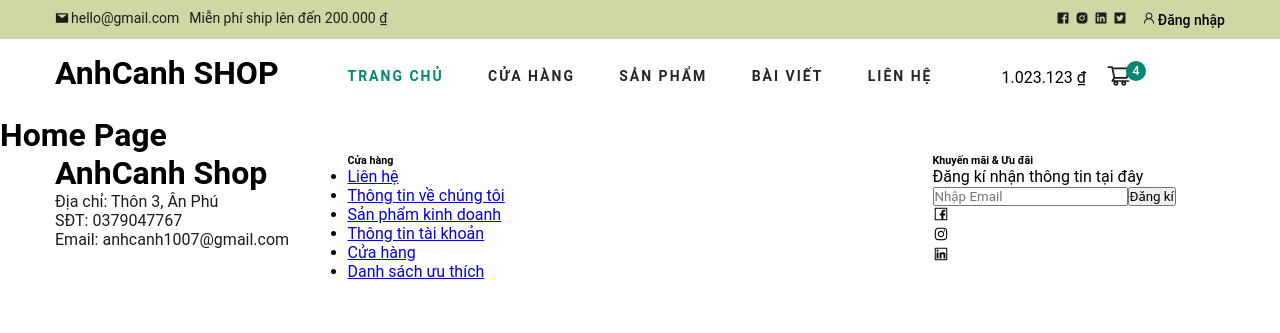
Repository: anhcanh1007/show_product
Page: /
The author's editor kept a copy of each file at every save. The page is drawn from the files as they stood at one save, then again after a run of saves.
The browser window is 1280 px wide. The pictures show the whole page.
The project was rebuilt for these pictures with package versions that can differ from the ones it lists, and the page was loaded fresh each time. Imported but missing from the stored project, and not drawn on this page: src/pages/user/profilePage.

Above is the page before, as saved 2024-01-26 14:57:07.

After the next 2 saves:
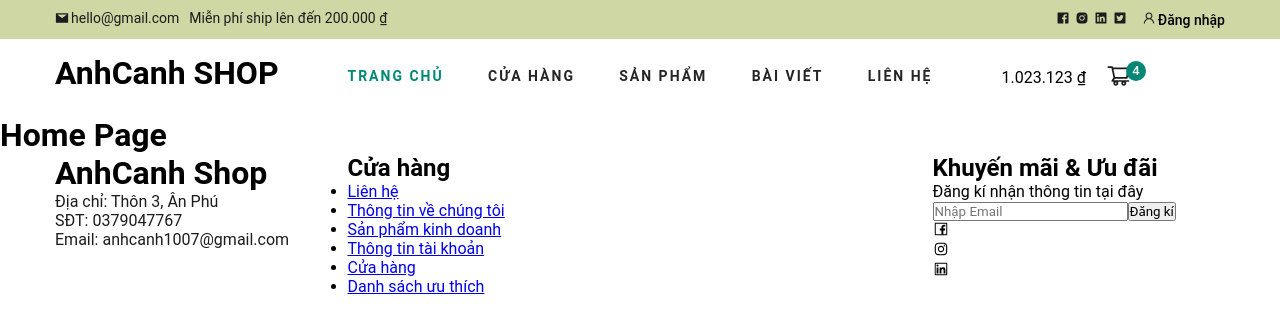
The 2 saves are shown as one change because they came seconds apart.
The last was saved 48 s later.
--- a/src/pages/user/theme/footer/index.js
+++ b/src/pages/user/theme/footer/index.js
@@ -25,7 +25,7 @@ const Footer = () => {
             </div>
             <div className="col-lg-6">
               <div className="footer__widget">
-                <h6>Cửa hàng</h6>
+                <h2>Cửa hàng</h2>
                 <ul>
                   <li>
                     <Link to="">Liên hệ</Link>
@@ -52,7 +52,7 @@ const Footer = () => {
             </div>
             <div className="col-lg-3">
               <div className="footer__widget">
-                <h6>Khuyến mãi & Ưu đãi</h6>
+                <h2>Khuyến mãi & Ưu đãi</h2>
                 <p>Đăng kí nhận thông tin tại đây</p>
                 <form action="#">
                   <div>
